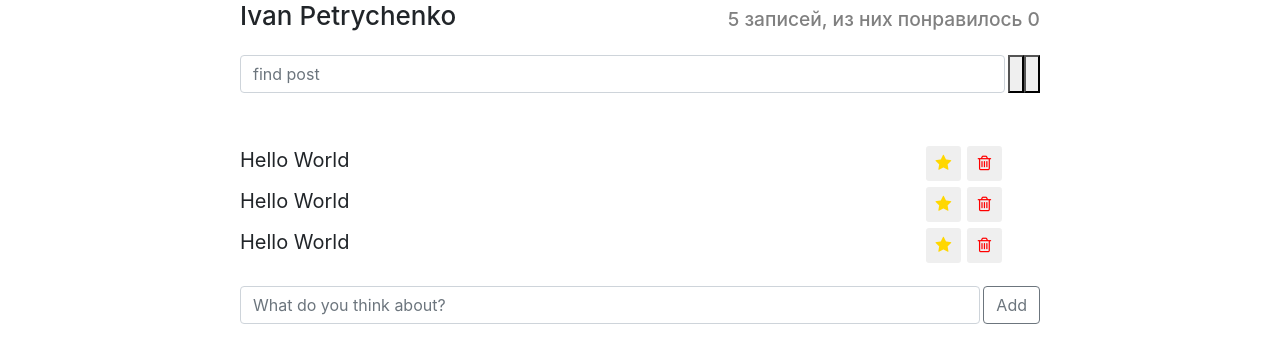
Repository: RomanFPL/Like-twiter
Page: /
An editor plug-in stored every save of this project. The page is shown before and after the next save, followed by the edit.
The browser window is 1280 px wide. The pictures show the whole page.
The project was rebuilt for these pictures with package versions that can differ from the ones it lists, and the page was loaded fresh each time.

Above is the page before, as saved 2021-03-22 23:38:43.

After the next save:
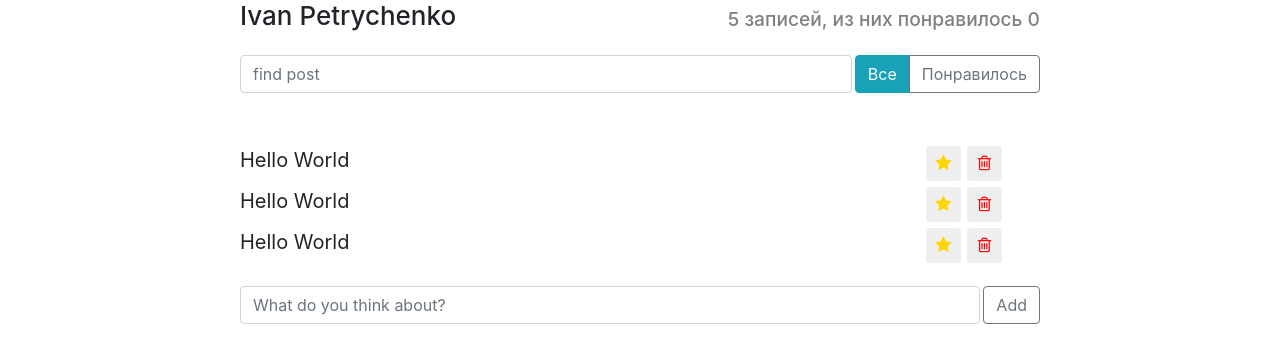
Saved 76 s later.
--- a/src/components/post-status-filter/post-status-filter.js
+++ b/src/components/post-status-filter/post-status-filter.js
@@ -5,8 +5,8 @@ import './post-status-filter.css'
 const PostStatusFilter = () => {
     return (
         <div className="btn-group">
-            <button/>
-            <button/>
+            <button type="button" className='btn btn-info'>Все</button>
+            <button type="button" className='btn btn-outline-secondary'>Понравилось</button>
         </div>
     )
 }
